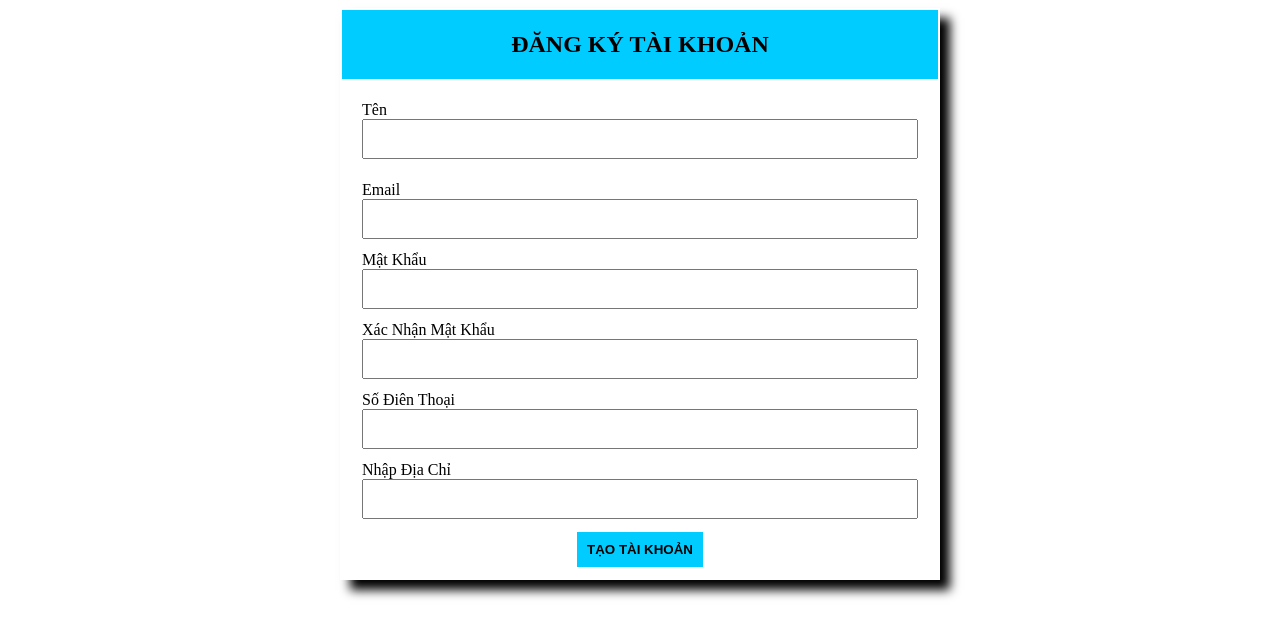
Repository: Tan-Khang21/TH_TKW--Buoi_04
Page: Bai_Tap_Ve_Nha/Bai_01/form7.html
The author's editor kept a copy of each file at every save. The page is drawn from the files as they stood at one save, then again after the next save.
The browser window is 1280 px wide. The pictures show the whole page.

Above is the page before, as saved 2024-03-07 16:11:48.

### Bai_Tap_Ve_Nha/Bai_01/form7.html
<!DOCTYPE html>
<html lang="en">
  <head>
    <meta charset="UTF-8" />
    <meta name="viewport" content="width=device-width, initial-scale=1.0" />
    <title>Document</title>
  </head>
  <body>
    <form style="width: 600px; margin: 0 auto; box-shadow: 10px 10px 10px black ;">
      <table style="width: 600px">
        <tr>
          <th bgcolor="#00ccff">
            <h2 style="text-transform: uppercase">Đăng Ký Tài Khoản</h2>
          </th>
        </tr>
        <tr>
            <td style="padding: 20px">
              <span>Tên</span>
              <br />
              <input
                type="text"
                style="width: 100%; height: 40px; box-sizing: border-box"
              />
            </td>
          </tr>
        <tr>
          <td style="padding: 0px 20px 10px 20px">
            <span>Email</span>
            <br />
            <input
              type="email"
              style="width: 100%; height: 40px; box-sizing: border-box"
            />
          </td>
        </tr>
        <tr>
          <td style="padding: 0 20px 10px 20px">
            <span>Mật Khẩu</span>
            <br />
            <input
              type="password"
              style="width: 100%; height: 40px; box-sizing: border-box"
            />
          </td>
        </tr>
        <tr>
          <td style="padding: 0 20px 10px 20px">
            <span>Xác Nhận Mật Khẩu</span>
            <br />
            <input
              type="password"
              style="width: 100%; height: 40px; box-sizing: border-box"
            />
          </td>
        </tr>
        <tr>
          <td style="padding: 0 20px 10px 20px">
            <span>Số Điên Thoại</span>
            <br />
            <input
              type="tel"
              style="width: 100%; height: 40px; box-sizing: border-box"
            />
          </td>
        </tr>
        <tr>
          <td style="padding: 0 20px 10px 20px">
            <span>Nhập Địa Chỉ</span>
            <br />
            <input
              type="number"
              style="width: 100%; height: 40px; box-sizing: border-box"
            />
          </td>
        </tr>

        <tr>
            <th>
                <input style="background-color: #00ccff;border: none; margin-bottom: 10px; text-transform: uppercase; padding: 10px; font-weight: bold;" type="submit" value="Tạo Tài Khoản">
            </th>

        </tr>
      </table>
    </form>
  </body>
</html>

After the next save:
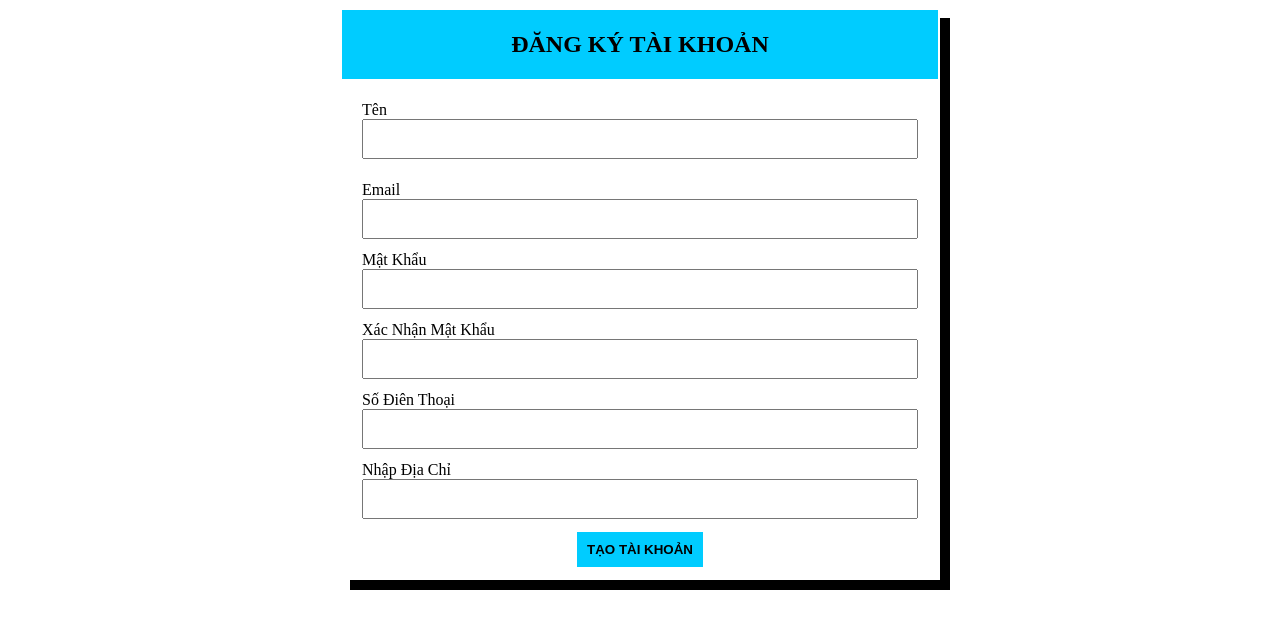
Saved 5 s later.
--- a/Bai_Tap_Ve_Nha/Bai_01/form7.html
+++ b/Bai_Tap_Ve_Nha/Bai_01/form7.html
@@ -6,7 +6,7 @@
     <title>Document</title>
   </head>
   <body>
-    <form style="width: 600px; margin: 0 auto; box-shadow: 10px 10px 10px black ;">
+    <form style="width: 600px; margin: 0 auto; box-shadow: 10px 10px 0px black ;">
       <table style="width: 600px">
         <tr>
           <th bgcolor="#00ccff">

After the save that followed:
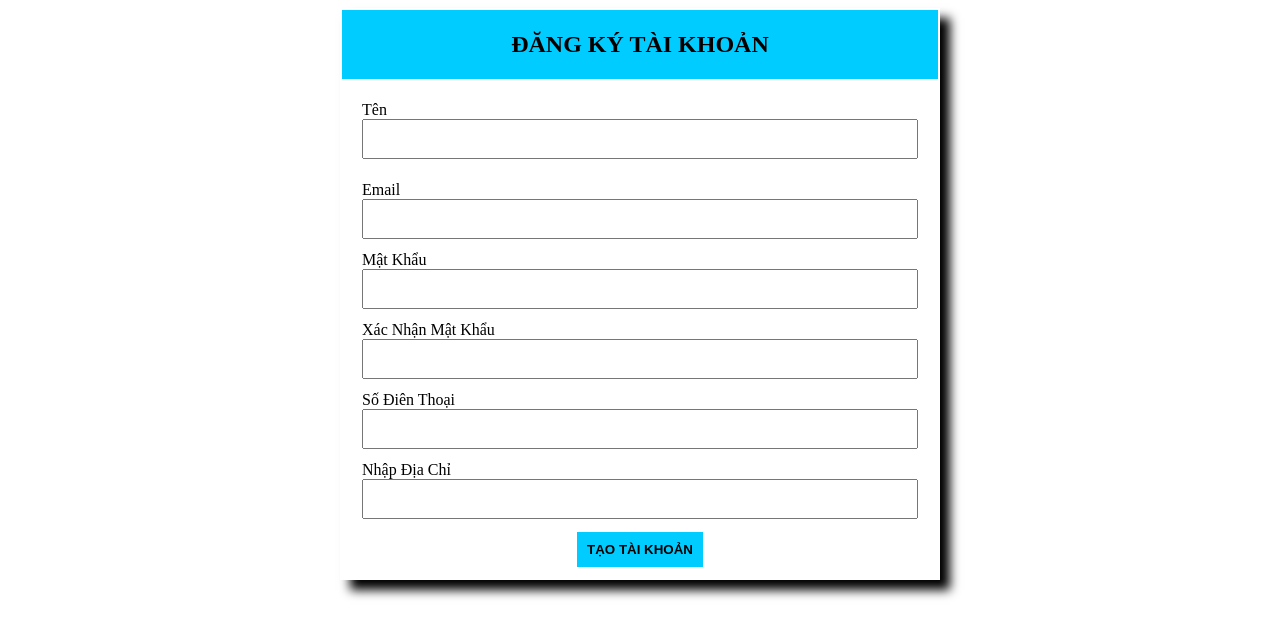
Saved 4 s later.
--- a/Bai_Tap_Ve_Nha/Bai_01/form7.html
+++ b/Bai_Tap_Ve_Nha/Bai_01/form7.html
@@ -6,7 +6,7 @@
     <title>Document</title>
   </head>
   <body>
-    <form style="width: 600px; margin: 0 auto; box-shadow: 10px 10px 0px black ;">
+    <form style="width: 600px; margin: 0 auto; box-shadow: 10px 10px 10px black ;">
       <table style="width: 600px">
         <tr>
           <th bgcolor="#00ccff">
